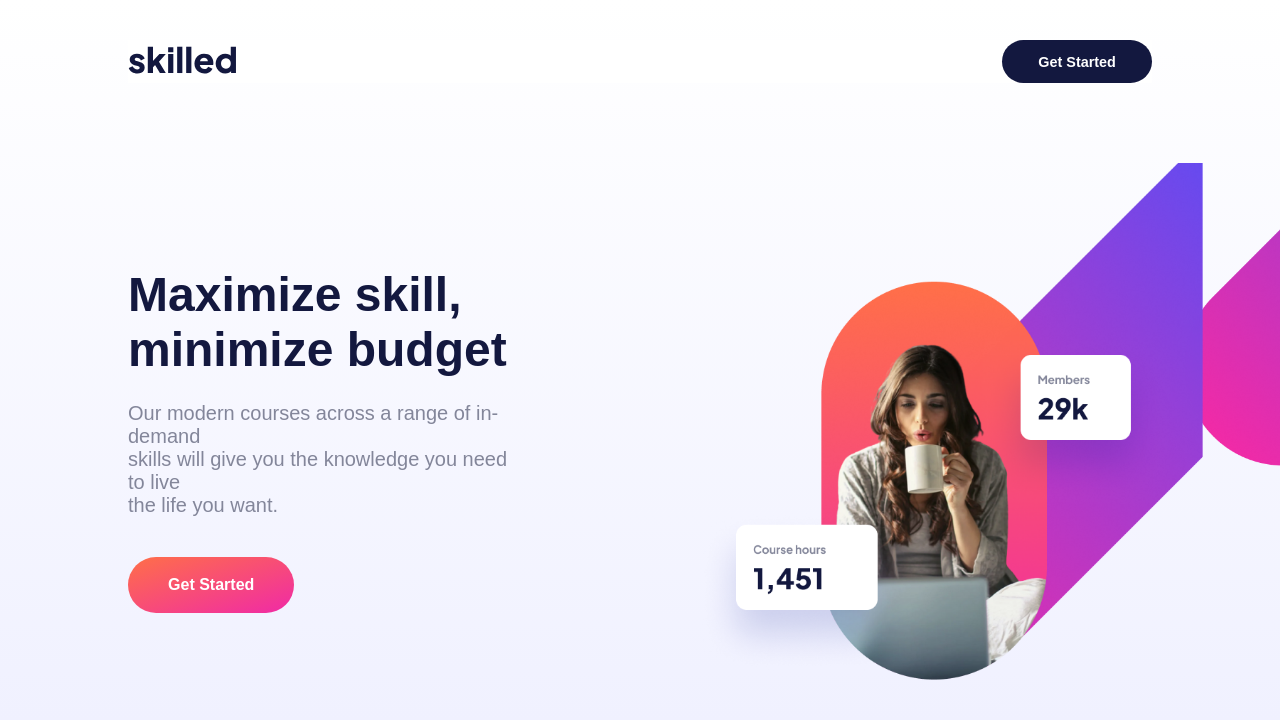
Repository: exe-walt/E-Learning-Landing-Page
Page: index.html
An editor plug-in stored every save of this project. The page is shown before and after the next save, followed by the edit.
The browser window is 1280 px wide. The pictures show the whole page.
An inner scrolling area shows only its first screen. Some web fonts or font styles are not loaded; a fallback is used.

Above is the page before, as saved 2025-05-30 17:30:58.

After the next save:
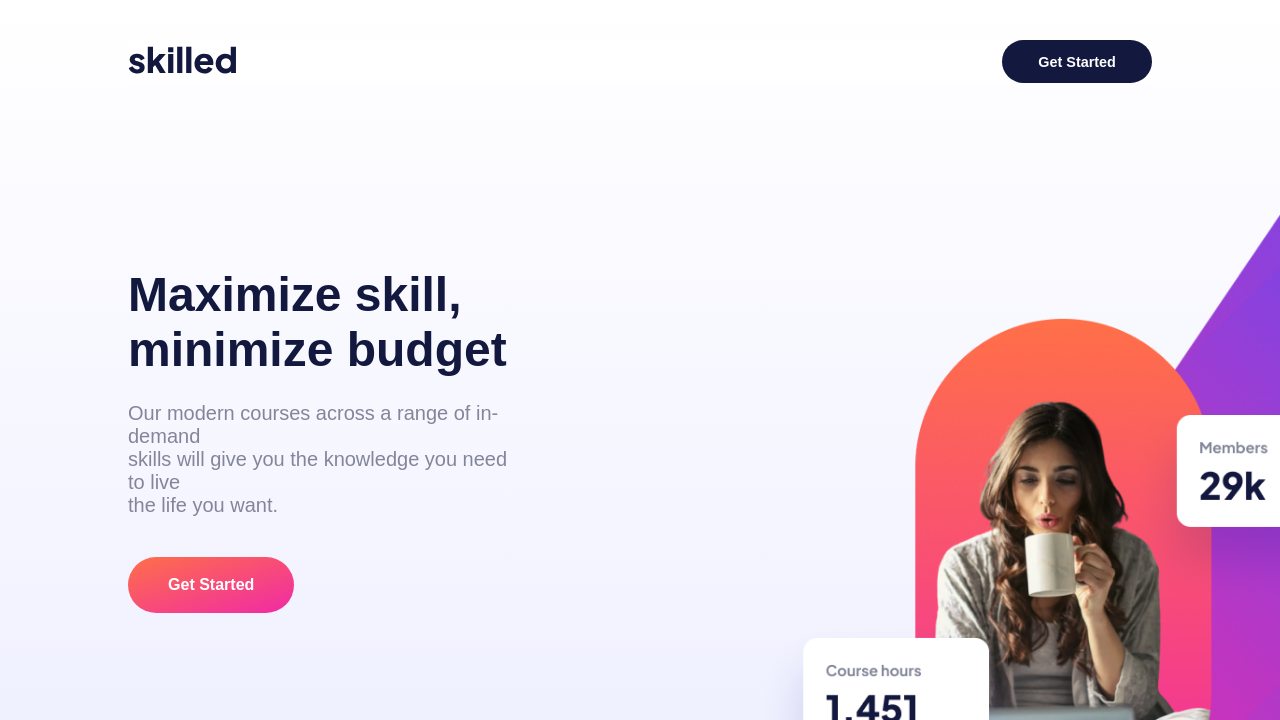
Saved 5 s later.
--- a/css/style.css
+++ b/css/style.css
@@ -70,10 +70,7 @@ body {
   display: flex;
 }
 
-.hero-section img {
-  width: 80%;
-  height: auto;
-}
+
 
 .main-image {
   position: relative;
